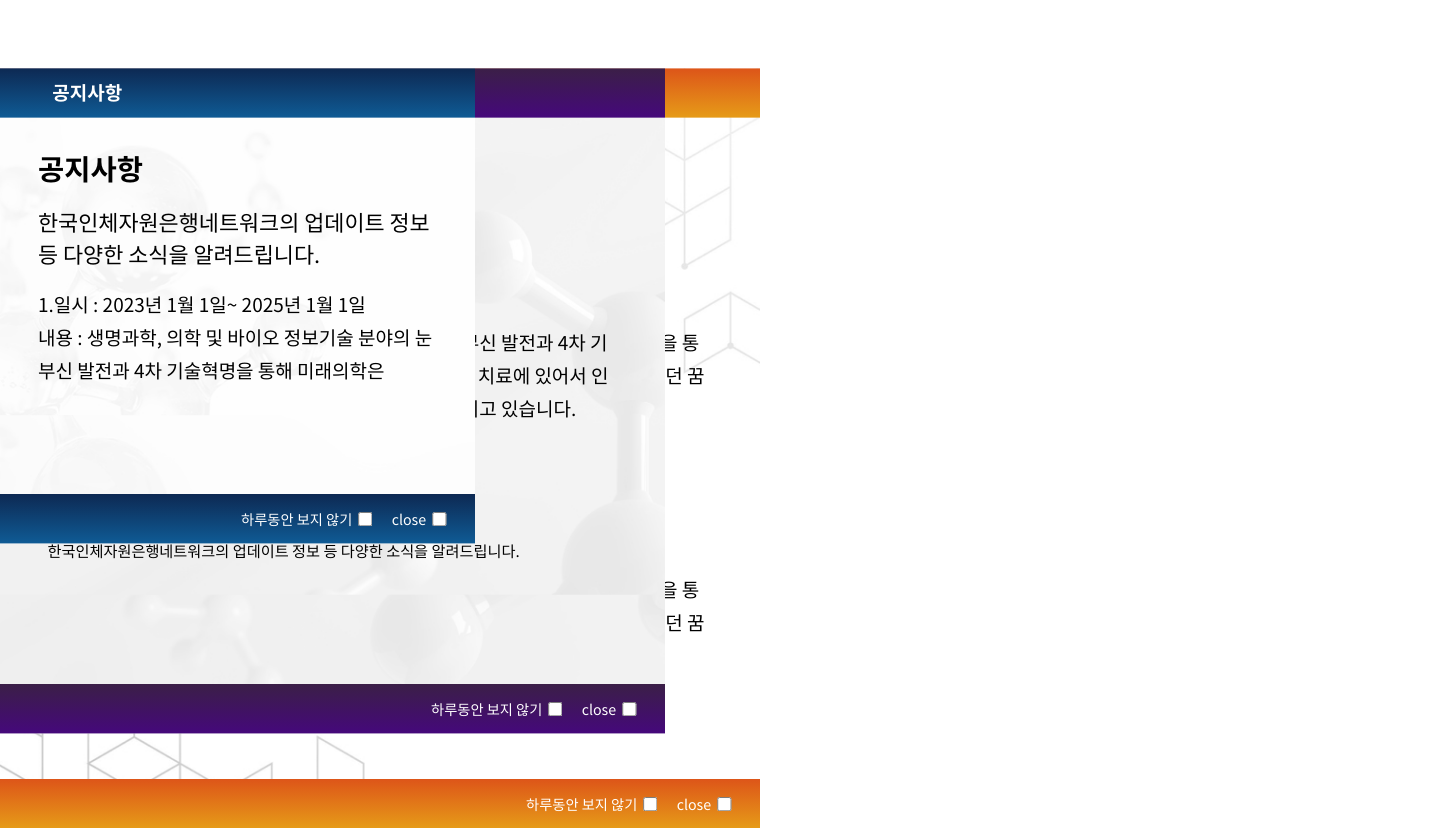
Repository: dlgywls1130/common_popup
Page: index.html
These files come from the project's save history. The page is drawn as it stood at one moment and after the next save; the edit follows.
The browser window is 1280 px wide. The page is 1280 px wide, then 1524 px, so the pictures cover 1524 px, including what lies to the right of the window. The pictures show the whole page, at 95% of full size.

Above is the page before, as saved 2023-10-26 00:48:02.

### index.html
<!DOCTYPE html>
<html lang="en">
<head>
    <meta charset="UTF-8">
    <meta name="viewport" content="width=device-width, initial-scale=1.0">
    <title>Document</title>

    <link rel="stylesheet" href="./style.css">
</head>
<body>

    <!-- 첫번째 팝업 -->
    <div class="common_modal blue">
        <div class="common_head ">
            공지사항
        </div>
        <div class="common_body">
            <h2 class="common_body_head">
                한국인체자원은행네트워크 공지사항
            </h2>
            <div class="common_body_span">
                한국인체자원은행네트워크의 업데이트 정보 등
                <br>다양한 소식을 알려드립니다.
            </div>
            <div class="common_body_descript">
                <p>1.일시 : 2023년 1월 1일~ 2025년 1월 1일</p>
                <p>2. 내용 : 생명과학, 의학 및 바이오 정보기술 분야의 눈부신
                발전과 4차 기술혁명을 통해 미래의학은 질병의 예방, 진단,
                예후분석, 치료에 있어서 인류가 상상하지 못했던 꿈을 현실로
                실현할 것으로 예상되고 있습니다.</p>
            </div>
        </div>
        <div class="common_footer">
            <div class="day_off">
                <label for="all-none">하루동안 보지 않기</label>
                <input id="all-none" type="checkbox">
            </div>
            <div class="day_close">
                <label for="closechk">close</label>
                <input id="closechk" type="checkbox">
            </div>
        </div>
    </div>

    <!-- 두번째 팝업 -->
    <div class="common_modal orange">
        <div class="common_head">
            공지사항
        </div>
        <div class="common_body">
            <h2 class="common_body_head">
                한국인체자원은행네트워크 공지사항
            </h2>
            <div class="common_body_span">
                한국인체자원은행네트워크의 업데이트 정보 등
                <br>다양한 소식을 알려드립니다.
            </div>
            <div class="common_body_descript mb-34">
                <p>1.일시 : 2023년 1월 1일~ 2025년 1월 1일</p>
                <p>2. 내용 : 생명과학, 의학 및 바이오 정보기술 분야의 눈부신
                발전과 4차 기술혁명을 통해 미래의학은 질병의 예방, 진단,
                예후분석, 치료에 있어서 인류가 상상하지 못했던 꿈을 현실로
                실현할 것으로 예상되고 있습니다.</p>
            </div>
            <div class="common_body_span">
                한국인체자원은행네트워크의 업데이트 정보 등
                <br>다양한 소식을 알려드립니다.
            </div>
            <div class="common_body_descript">
                <p>1.일시 : 2023년 1월 1일~ 2025년 1월 1일</p>
                <p>2. 내용 : 생명과학, 의학 및 바이오 정보기술 분야의 눈부신
                발전과 4차 기술혁명을 통해 미래의학은 질병의 예방, 진단,
                예후분석, 치료에 있어서 인류가 상상하지 못했던 꿈을 현실로
                실현할 것으로 예상되고 있습니다.</p>
            </div>
        </div>
        <div class="common_footer">
            <div class="day_off">
                <label for="all-none">하루동안 보지 않기</label>
                <input id="all-none" type="checkbox">
            </div>
            <div class="day_close">
                <label for="closechk">close</label>
                <input id="closechk" type="checkbox">
            </div>
        </div>
    </div>

    <!-- 세번째팝업 -->
    <div class="common_modal purple">
        <div class="common_head">
            공지사항
        </div>
        <div class="common_body">
            <h2 class="common_body_head">
                한국인체자원은행네트워크 공지사항
            </h2>
            <div class="common_body_span">
                한국인체자원은행네트워크의 업데이트 정보 등
                <br>다양한 소식을 알려드립니다.
            </div>
            <div class="common_body_descript mb-34">
                <p>1.일시 : 2023년 1월 1일~ 2025년 1월 1일</p>
                <p>2. 내용 : 생명과학, 의학 및 바이오 정보기술 분야의 눈부신
                발전과 4차 기술혁명을 통해 미래의학은 질병의 예방, 진단,
                예후분석, 치료에 있어서 인류가 상상하지 못했던 꿈을 현실로
                실현할 것으로 예상되고 있습니다.</p>
            </div>
            <div class="common_body_span">
                한국인체자원은행네트워크의 업데이트 정보 등
                <br>다양한 소식을 알려드립니다.
            </div>
            <p>한국인체자원은행네트워크의 업데이트 정보 등 다양한 소식을
                알려드립니다.</p>
        </div>
        <div class="common_footer">
            <div class="day_off">
                <label for="all-none">하루동안 보지 않기</label>
                <input id="all-none" type="checkbox">
            </div>
            <div class="day_close">
                <label for="closechk">close</label>
                <input id="closechk" type="checkbox">
            </div>
        </div>
    </div>

    <!-- 네번째 팝업 -->
    <div class="common_modal sky">
        <div class="common_head">
            공지사항
        </div>
        <div class="common_body">
            <h2 class="common_body_head">
                공지사항
            </h2>
            <div class="common_body_span mb-34">
                한국인체자원은행네트워크의 업데이트 정보 등
                다양한 소식을 알려드립니다.
            </div>
            <div class="common_body_descript">
                <p>1.일시 : 2023년 1월 1일~ 2025년 1월 1일</p>
                <p>내용 : 생명과학, 의학 및 바이오 정보기술 분야의
                    눈부신 발전과 4차 기술혁명을 통해 미래의학은</p>
            </div>
        </div>
        <div class="common_footer">
            <div class="day_off">
                <label for="all-none">하루동안 보지 않기</label>
                <input id="all-none" type="checkbox">
            </div>
            <div class="day_close">
                <label for="closechk">close</label>
                <input id="closechk" type="checkbox">
            </div>
        </div>
    </div>
</body>

<script src="main.js"></script>
</html>

### style.css


@import url('https://fonts.googleapis.com/css2?family=Noto+Sans+KR:wght@300;400;500;700&display=swap');

html, body, div, span, applet, object, iframe,
h1, h2, h3, h4, h5, h6, p, blockquote, pre,
a, abbr, acronym, address, big, cite, code,
del, dfn, em, img, ins, kbd, q, s, samp,
small, strike, strong, sub, sup, tt, var,
b, u, i, center,
dl, dt, dd, ol, ul, li,
fieldset, form, label, legend,
table, caption, tbody, tfoot, thead, tr, th, td,
article, aside, canvas, details, embed,
figure, figcaption, footer, header, hgroup,
menu, nav, output, ruby, section, summary,
time, mark, audio, video {
	margin: 0;
	padding: 0;
	border: 0;
	font-size: 100%;
	font: inherit;
	vertical-align: baseline;
}

.mb-34{margin-bottom: 34px;}

/* common modal */

.common_modal{
    font-family: 'Noto Sans KR', sans-serif;
    position: relative;
    display: block;

    position: absolute;
    top: 10%;
}

.common_modal .common_head{
    height: 52px;
    color: #fff;
    width: 100%;
    text-align: left;
    font-size: 20px;
    font-weight: 700;
    padding: 10px 55px;
    box-sizing: border-box;
}

.common_modal.blue {
    width: 600px;
    height: 600px;
    background: url('../img/bg1.jpg')no-repeat;
    background-size: cover;

}

.common_modal.orange {
    width: 800px;
    height: 800px;
    background: url('../img/bg2.jpg')no-repeat;
    background-size: cover;
}

.common_modal.purple {
    width: 700px;
    height: 700px;
    background: url('../img/bg3.jpg')no-repeat;
    background-size: cover;
}

.common_modal.sky {
    width: 500px;
    height: 500px;
    background: url('../img/bg4.jpg')no-repeat;
    background-size: cover;
}

.common_modal.blue .common_body{
    background: url('../img/bg1.jpg')no-repeat;
    background-size: cover;
    width: 100%;
    padding: 35px 50px;
    box-sizing: border-box;
}

.common_modal.orange .common_body{
    background: url('../img/bg2.jpg')no-repeat;
    background-size: cover;
    width: 100%;
    padding: 35px 50px;
    box-sizing: border-box;
}

.common_modal.purple .common_body{
    background: url('../img/bg3.jpg')no-repeat;
    background-size: cover;
    width: 100%;
    padding: 35px 50px;
    box-sizing: border-box;
}

.common_modal.sky .common_body{
    background: url('../img/bg4.jpg')no-repeat;
    background-size: cover;
    width: 100%;
    padding: 30px 40px;
    box-sizing: border-box;
}

.common_footer{
    position: absolute;
    bottom: 0;
    left: 0;
    width: 100%;
    height: 52px;
    display: flex;
    align-items: center;
    justify-content: flex-end;
    padding: 20px 30px;
    box-sizing: border-box;
}

.common_footer .day_off label,
.common_footer .day_close label{
    color: #fff;
    font-size: 15px;
    font-weight: 300;
    margin-right: 0.4rem;

}

.common_footer .day_off{
    margin-right: 20px;
    display: flex;
    align-items: center;
}

.common_footer .day_close {
    display: flex;
    align-items: center;
}

.common_footer input[type="checkbox" i] {
    width: 15px;
    height: 15px;
    background-color: #fff;
    border: none;
    margin: 0;
}

.common_modal.blue .common_head,
.common_modal.blue .common_footer
{
    background: linear-gradient(180deg, rgba(13,41,83,1) 0%, rgba(22,37,128,1) 100%);
}

.common_modal.orange .common_head,
.common_modal.orange .common_footer
{
    background: linear-gradient(180deg, rgba(221,85,25,1) 0%, rgba(230,155,24,1) 100%);
}

.common_modal.purple .common_head,
.common_modal.purple .common_footer
{
    background: linear-gradient(180deg, rgba(59,31,71,1) 0%, rgba(69,8,123,1) 100%);
}

.common_modal.sky .common_head,
.common_modal.sky .common_footer
{
    background: linear-gradient(180deg, rgba(13,41,83,1) 0%, rgba(15,91,149,1) 100%);
}


.common_body_head{
    font-size: 30px;
    font-weight: 700;
    margin-bottom: 18px;
}

.common_body_span{
    font-size: 23px;
    font-weight: 500;
    margin-bottom: 18px;
    line-height: 34px;
}

.common_body_descript p{
    font-size: 20px;
    line-height: 35px;
    font-weight: 300;
}

### main.js
// 팝업 닫기 기능
document.querySelectorAll('.day_close input').forEach((closeBtn, index) => {
    closeBtn.addEventListener('change', function() {
        if (this.checked) {
            this.closest('.common_modal').style.display = 'none';
            this.checked = false; // 체크를 해제합니다.
            sessionStorage.removeItem('hideModal' + index); // 해당 팝업의 세션스토리지 정보를 삭제합니다.
        }
    });
});

// 쿠키 설정 함수
function setCookie(name, value, hours) {
    let date = new Date();
    date.setTime(date.getTime() + (hours*60*60*1000));
    let expires = "expires="+date.toUTCString();
    document.cookie = name + "=" + value + ";" + expires + ";path=/";
}

// 쿠키 가져오기 함수
function getCookie(name) {
    let cookieArray = document.cookie.split(';');
    for(let i = 0; i < cookieArray.length; i++) {
        let cookie = cookieArray[i].trim();
        if (cookie.indexOf(name) == 0) {
            return cookie.substring(name.length + 1, cookie.length);
        }
    }
    return "";
}

document.querySelectorAll('.day_off input').forEach((dayOffBtn, index) => {
    dayOffBtn.addEventListener('change', function() {
        if (this.checked) {
            setCookie('hideModal' + index, 'true', 24); // 24시간 동안 쿠키 설정
            this.closest('.common_modal').style.display = 'none';
        }
    });

    if (getCookie('hideModal' + index) === 'true') {
        dayOffBtn.closest('.common_modal').style.display = 'none';
    } else {
        dayOffBtn.closest('.common_modal').style.display = 'block';
    }
});

After the next save:
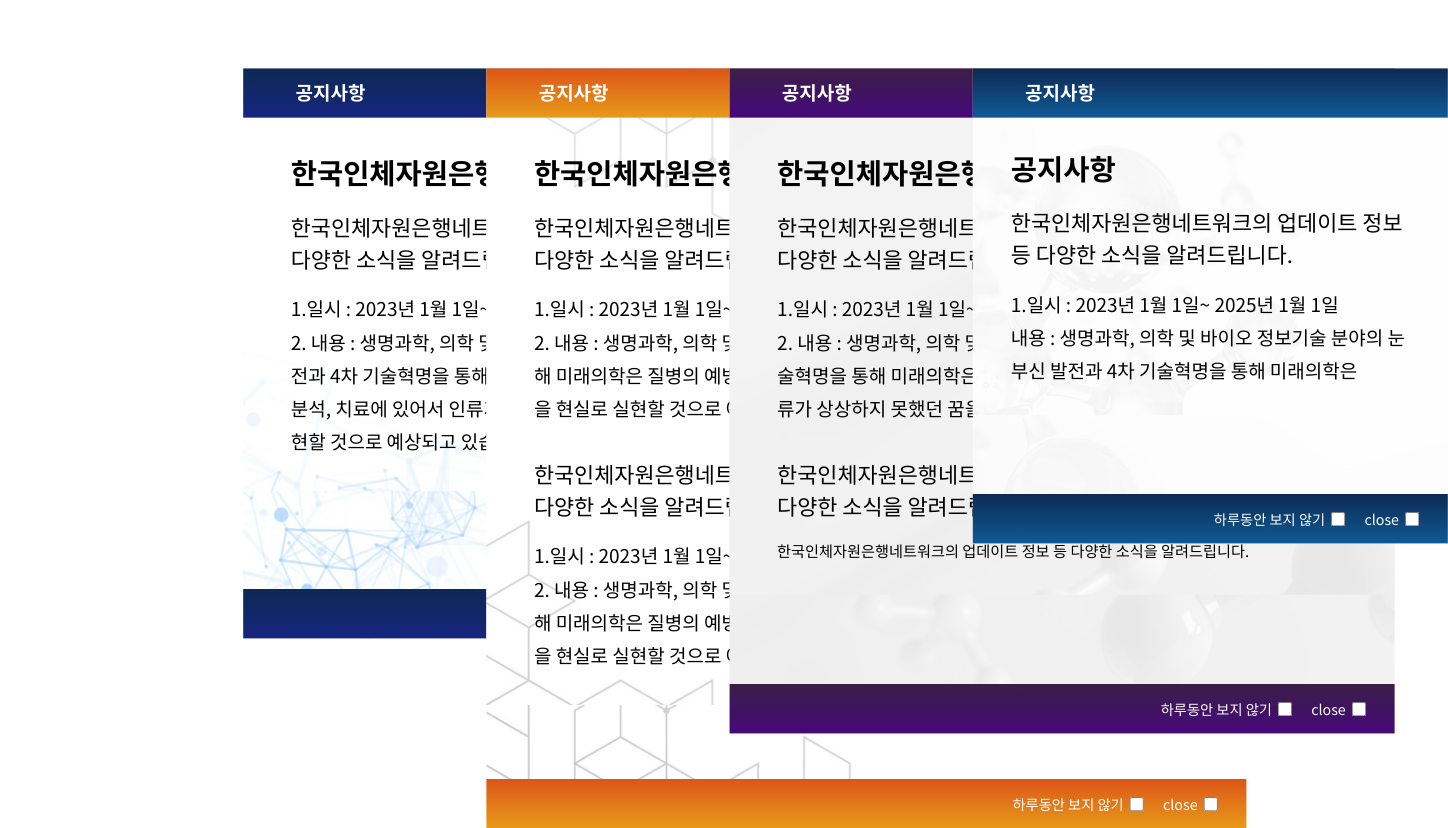
Saved 19 s later.
--- a/style.css
+++ b/style.css
@@ -52,7 +52,7 @@
     height: 600px;
     background: url('../img/bg1.jpg')no-repeat;
     background-size: cover;
-
+    left: 20%;
 }
 
 .common_modal.orange {
@@ -60,6 +60,7 @@
     height: 800px;
     background: url('../img/bg2.jpg')no-repeat;
     background-size: cover;
+    left: 40%;
 }
 
 .common_modal.purple {
@@ -67,6 +68,7 @@
     height: 700px;
     background: url('../img/bg3.jpg')no-repeat;
     background-size: cover;
+    left: 60%;
 }
 
 .common_modal.sky {
@@ -74,6 +76,7 @@
     height: 500px;
     background: url('../img/bg4.jpg')no-repeat;
     background-size: cover;
+    left: 80%;
 }
 
 .common_modal.blue .common_body{
